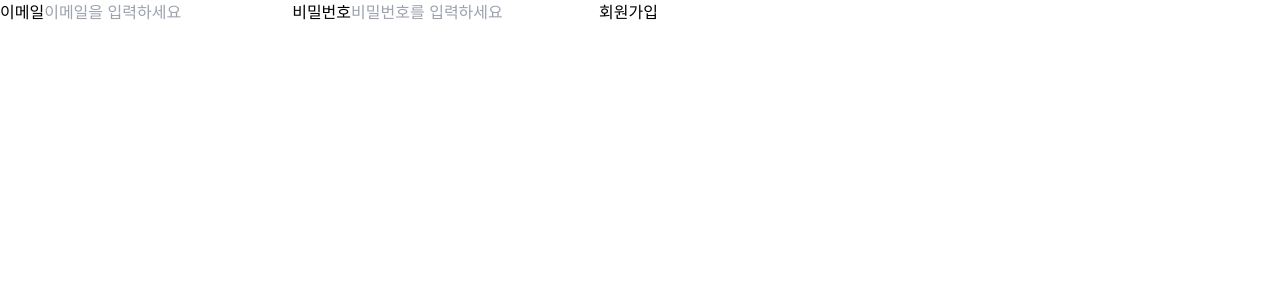
Repository: Hwang-uihyuk/wanted-pre-onboarding-frontend
Page: /signin
An editor plug-in stored every save of this project. The page is shown before and after a run of saves, followed by the edit.
The browser window is 1280 px wide. The pictures show the whole page.
The project was rebuilt for these pictures with package versions that can differ from the ones it lists, and the page was loaded fresh each time. Also part of the build but not shown: src/App.css, src/pages/Home.jsx, src/pages/SignUp.jsx, src/pages/NotFound.jsx, src/pages/Todo.jsx.

Above is the page before, as saved 2023-02-07 09:58:44.

### src/index.js
import React from 'react';
import ReactDOM from 'react-dom/client';
import './index.css';
import App from './App';
import reportWebVitals from './reportWebVitals';
import { createBrowserRouter,RouterProvider } from 'react-router-dom';
import Home from './pages/Home';
import SignIn from './pages/SignIn';
import SignUp from './pages/SignUp';
import NotFound from './pages/NotFound';
import Todo from './pages/Todo';



const router = createBrowserRouter([
  {
    path:'/',
    element:<App/>,
    errorElement:<NotFound/>,
    children:[
      {
        index:true,
        path:'/',
        element :<Home/>
      },

      {
        path:'/signup',
        element:<SignUp/>
      },

      {
        path:'/signin',
        element:<SignIn/>
      },

      {
        path:'/todo',
        element:<Todo/>
      },


    ]
  }
])
const root = ReactDOM.createRoot(document.getElementById('root'));
root.render(
  <React.StrictMode>
    <RouterProvider router ={router} />
  </React.StrictMode>
);

// If you want to start measuring performance in your app, pass a function
// to log results (for example: reportWebVitals(console.log))
// or send to an analytics endpoint. Learn more: https://bit.ly/CRA-vitals
reportWebVitals();

### src/App.js
import logo from './logo.svg';
import './App.css';
import SignIn from './pages/SignIn';
import { Outlet } from 'react-router';

function App() {
  return (
    <div>
      <Outlet/>
    </div>

  );
}

export default App;

### src/pages/SignIn.jsx
import React from 'react'

export default function SignIn() {
  return (
    <div className=''>
        <form>
            <label>이메일</label>
            <input
             data-testid="email-input"
             placeholder='이메일을 입력하세요' />

             <label>비밀번호</label>
            <input
             data-testid="password-input"
             placeholder='비밀번호를 입력하세요'
             />
            <button data-testid="signup-button">회원가입</button>
        </form>
    </div>
  )
}

Loaded but not shown: public/index.html (common file); src/index.css (common file); src/reportWebVitals.js (common file); tailwind.config.js (common file)

After the next 2 saves:
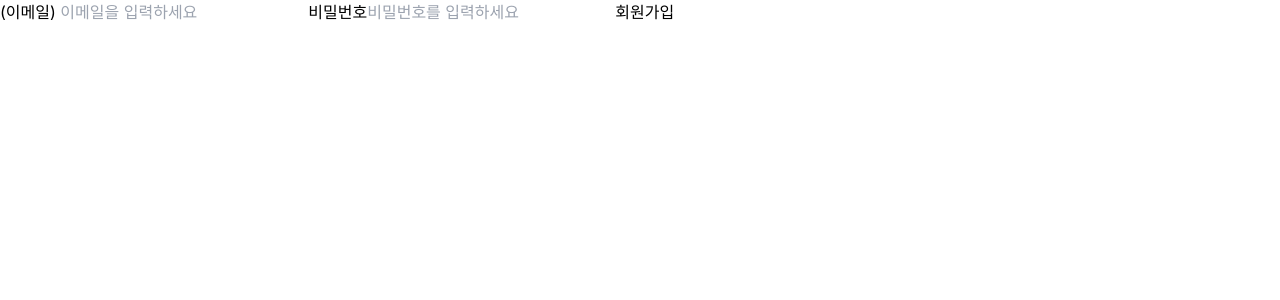
The 2 saves are shown as one change because 1 did not build or start.
The last was saved 18 s later.
--- a/src/pages/SignIn.jsx
+++ b/src/pages/SignIn.jsx
@@ -4,7 +4,7 @@ export default function SignIn() {
   return (
     <div className=''>
         <form>
-            <label>이메일</label>
+            <label>(이메일) </label>
             <input
              data-testid="email-input"
              placeholder='이메일을 입력하세요' />
